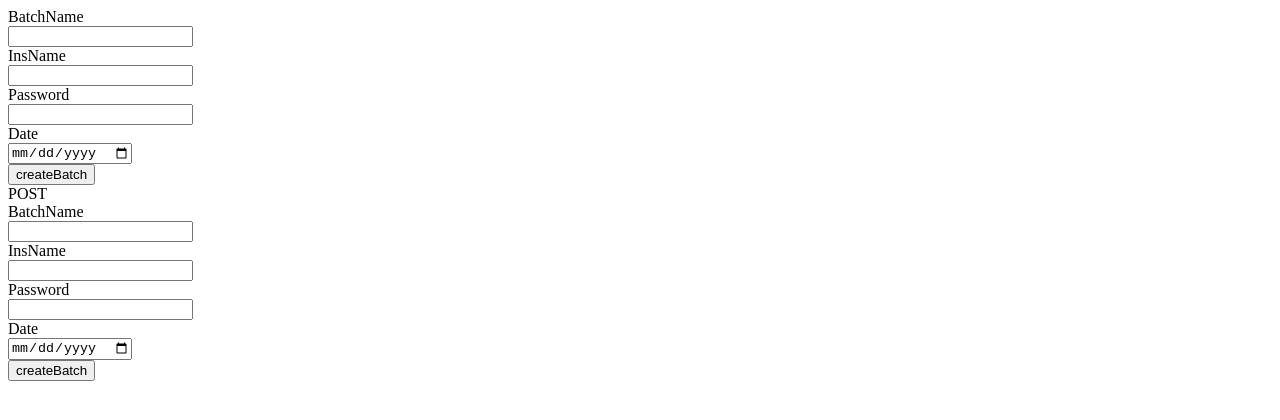
Repository: ark0000/gitL
Page: sevs/src/main/webapp/add-batch.html
These files come from the project's save history. The page is drawn as it stood at one moment and after the next save; the edit follows.
The browser window is 1280 px wide. The pictures show the whole page.

Above is the page before, as saved 2024-03-03 04:40:38.

After the next save:
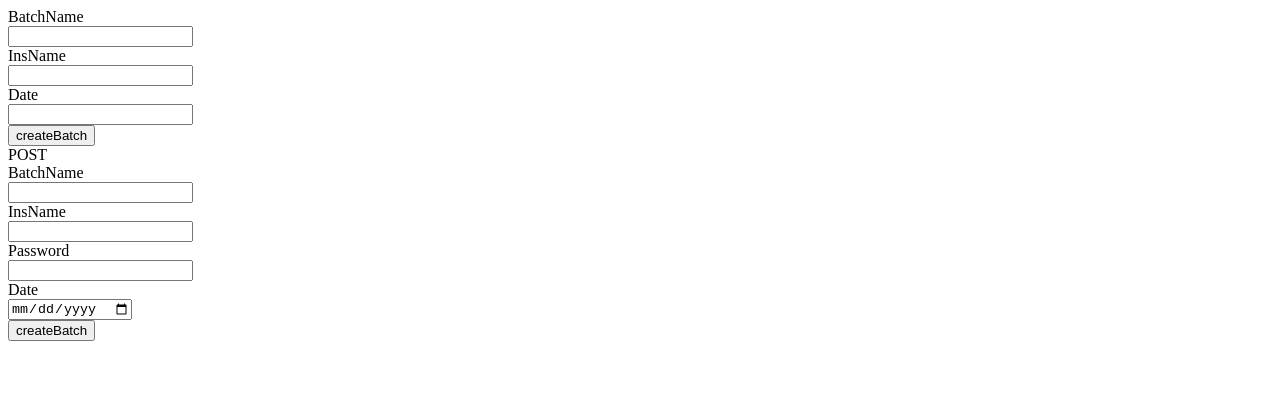
Saved 2 min 37 s later.
--- a/sevs/src/main/webapp/add-batch.html
+++ b/sevs/src/main/webapp/add-batch.html
@@ -10,10 +10,8 @@
 <input  type="text" name="batchName" ><br>
 <label for="">InsName</label><br>
 <input  type="text" name="InsName" ><br>
-<label for="">Password</label><br>
-<input  type="password" name="Date" ><br>
 <label for="">Date</label><br>
-<input  type="date" name="Date" ><br>
+<input  type="text" name="Date" ><br>
 
 <input  type="submit" name="batch" value="createBatch" >
 
